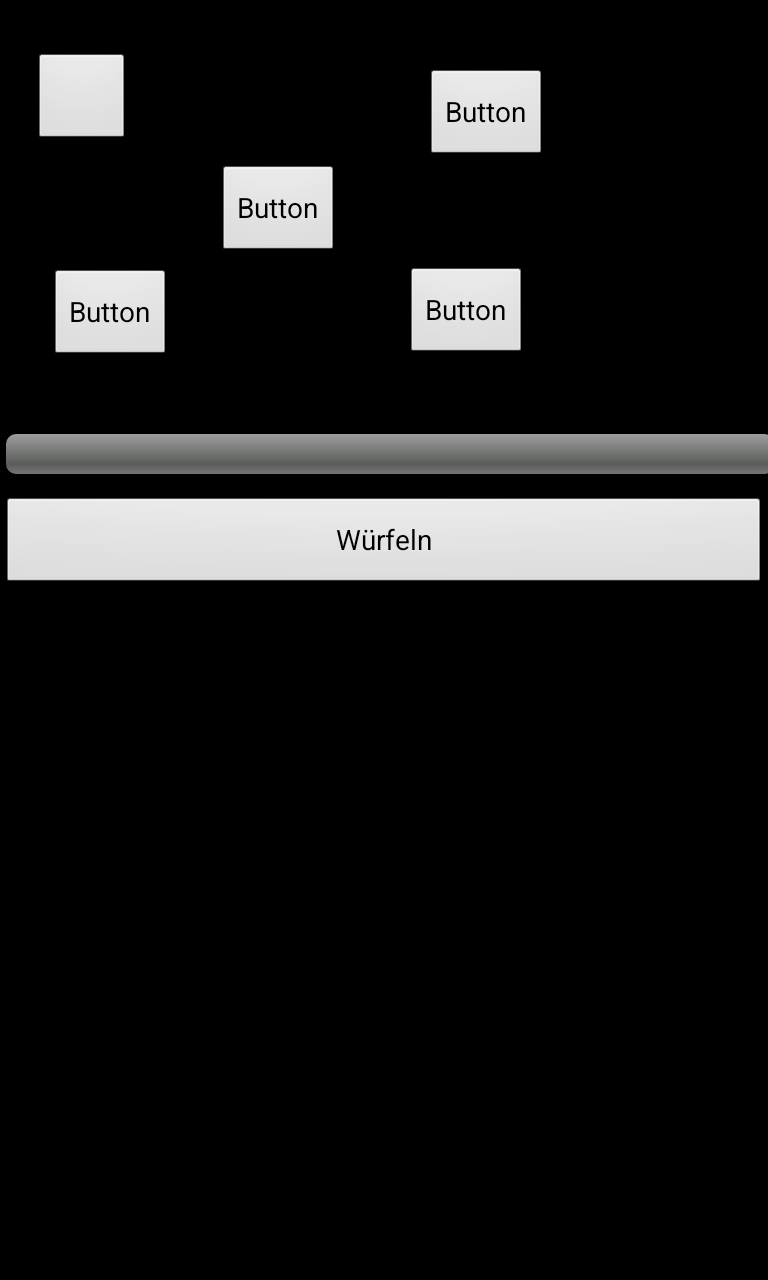
Repository: Lemkerene/App
Layout: kniffel/res/layout/wurfel.xml
These files come from the project's save history. The layout is drawn as it stood at one moment and after the next save; the edit follows.
It is drawn on a 768 x 1280 px phone screen (xhdpi) without system bars, with theme android:Theme; the app's code is not run.

Above is the layout before, as saved 2012-08-05 11:17:13.

After the next save:
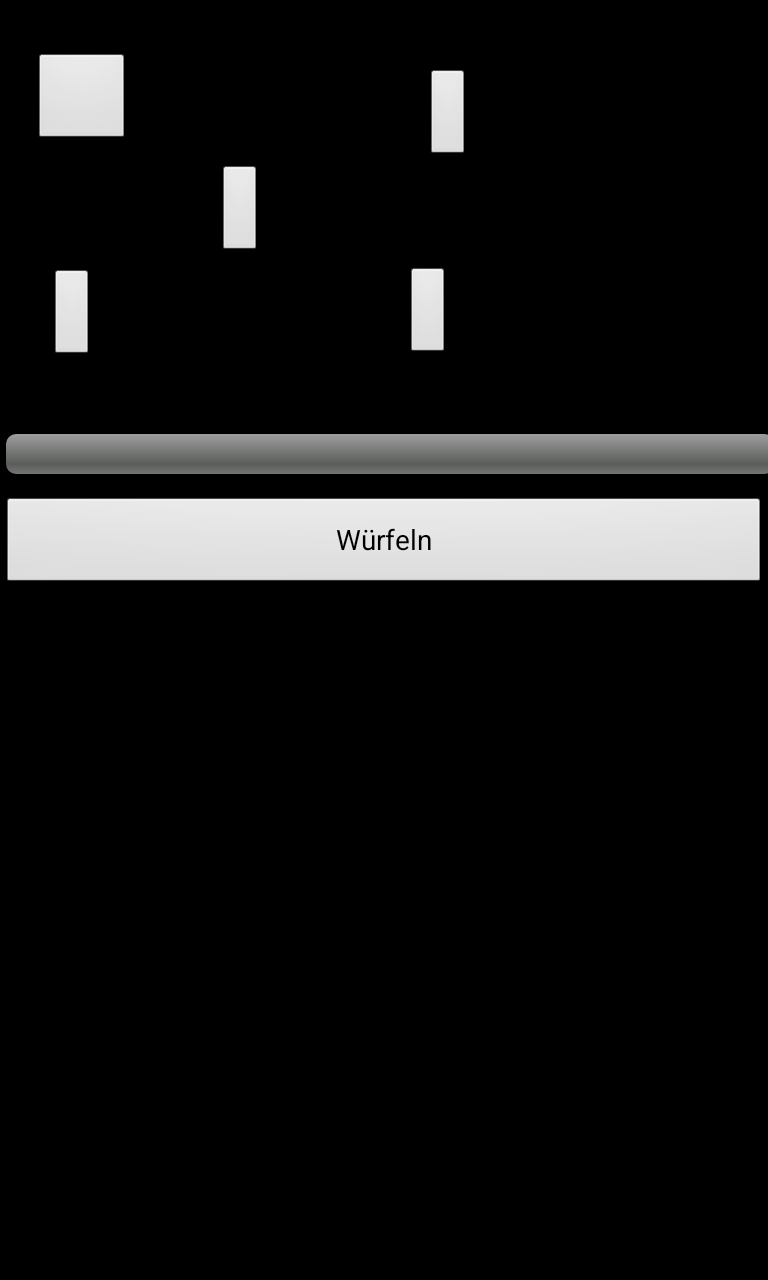
Saved 68 s later.
--- a/kniffel/res/layout/wurfel.xml
+++ b/kniffel/res/layout/wurfel.xml
@@ -12,8 +12,7 @@
         android:layout_height="wrap_content"
         android:layout_x="24dp"
         android:layout_y="134dp"
-        android:onClick="OnClickSperr"
-        android:text="Button" />
+        android:onClick="OnClickSperr"/>
 
     <ProgressBar
         android:id="@+id/progressBar1"
@@ -31,8 +30,7 @@
         android:layout_height="wrap_content"
         android:layout_x="202dp"
         android:layout_y="133dp"
-        android:onClick="OnClickSperr"
-        android:text="Button" />
+        android:onClick="OnClickSperr"/>
 
 
     <Button
@@ -41,8 +39,7 @@
         android:layout_height="wrap_content"
         android:layout_x="108dp"
         android:layout_y="82dp"
-        android:onClick="OnClickSperr"
-        android:text="Button" />
+        android:onClick="OnClickSperr"/>
 
 
     <Button
@@ -51,8 +48,7 @@
         android:layout_height="wrap_content"
         android:layout_x="212dp"
         android:layout_y="34dp"
-        android:onClick="OnClickSperr"
-        android:text="Button" />
+        android:onClick="OnClickSperr"/>
 
 
     <Button
